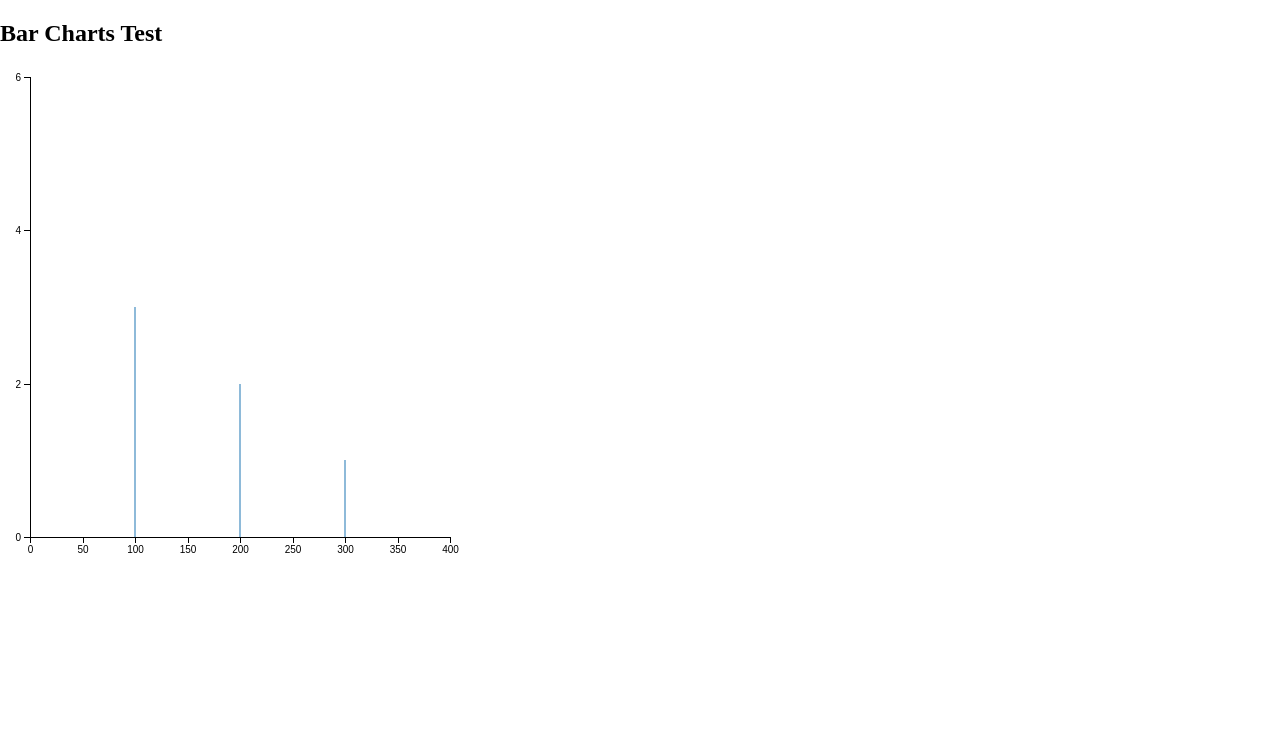
Repository: fLavery/DC.js-Test
Page: index.html
The author's editor kept a record of every edit. The page is drawn from the files as they stood at one moment, then again after the next edit.
The browser window is 1280 px wide. The pictures show the whole page.

Above is the page before.

### index.html
<!DOCTYPE html>
<html lang="en">

<head>
    <meta charset="UTF-8">
    <meta name="viewport" content="width=device-width, initial-scale=1.0">
    <meta http-equiv="X-UA-Compatible" content="ie=edge">
    <title>Bar Chart</title>
    <link rel="stylesheet" href="dc.css" type="text/css" />

    <style>
        body,
        html {
            height: 100%;
            margin: 0;
            padding: 0;
        }

        div {
            -webkit-box-sizing: border-box;
            -moz-box-sizing: border-box;
            box-sizing: border-box;
        }
    </style>
</head>

<body>
    <h2>Bar Charts Test</h2>
    <div id="chart">


    </div>
    <script type="text/javascript" src="d3.js"></script>
    <script type="text/javascript" src="crossfilter.js"></script>
    <script type="text/javascript" src="dc.js"></script>

    <script type="text/javascript">

    //Allows user frindly output of Objects in Console
function print_filter(filter) {
    var f=eval(filter);
    if (typeof(f.length) != "undefined") {}else{}
    if (typeof(f.top) != "undefined") {f=f.top(Infinity);}else{}
    if (typeof(f.dimension) != "undefined") {f=f.dimension(function(d) { return "";}).top(Infinity);}else{}
    console.log(filter+"("+f.length+") = "+JSON.stringify(f).replace("[","[\n\t").replace(/}\,/g,"},\n\t").replace("]","\n]"));
}

   var data = [
  {date: "2011-11-14T16:17:54Z", quantity: 2, total: 190, tip: 100, type: "tab"},
  {date: "2011-11-14T16:20:19Z", quantity: 2, total: 190, tip: 100, type: "tab"},
  {date: "2011-11-14T16:28:54Z", quantity: 1, total: 300, tip: 200, type: "visa"},
  {date: "2011-11-14T16:30:43Z", quantity: 2, total: 90, tip: 0, type: "tab"},
  {date: "2011-11-14T16:48:46Z", quantity: 2, total: 90, tip: 0, type: "tab"},
  {date: "2011-11-14T16:53:41Z", quantity: 2, total: 90, tip: 0, type: "tab"},
  {date: "2011-11-14T16:54:06Z", quantity: 1, total: 100, tip: 0, type: "cash"},
  {date: "2011-11-14T16:58:03Z", quantity: 2, total: 90, tip: 0, type: "tab"},
  {date: "2011-11-14T17:07:21Z", quantity: 2, total: 90, tip: 0, type: "tab"},
  {date: "2011-11-14T17:22:59Z", quantity: 2, total: 90, tip: 0, type: "tab"},
  {date: "2011-11-14T17:25:45Z", quantity: 2, total: 200, tip: 0, type: "cash"},
  {date: "2011-11-14T17:29:52Z", quantity: 1, total: 200, tip: 100, type: "visa"}
]

var facts = crossfilter(data); //filter the data
var typeDimension = facts.dimension(function(d){console.log(d.type); return d.type;});
//access facts with CF dimension and then function which returns objects
var typeGroup = typeDimension.group().reduceSum(function (d){ return d.total;});//reduceSum allows access to all data points

//plot totals instead of types with new dimension (x axis)
var totalDimension = facts.dimension(function(d){return d.total;});
var totalGroup = totalDimension.group(function (d){return Math.floor(d/100)*100;});//function buckets the data (y axis)


dc.barChart("#chart")
    .height(500)
    .width(500)
    //.margins({top:0,bottom:0,right:0,left:0})
    .dimension(totalDimension)
    .group(totalGroup)

    .x(d3.scaleLinear().domain([0,400]))//scaling for non strings
    //.x(d3.scaleOrdinal().domain(['cash','tab','visa'])) //scaling for strings with ordinal
    //.xUnits(dc.units.ordinal) // tell dc its an ordinal scale
    .centerBar(true)//centers bars for linear
    .barPadding(0.5)//inner bar gaps
    .outerPadding(10)//outer padding on bars
    .yAxis().ticks(4);//number of integer marked along the left


    dc.renderAll();//render Chart

    //console.log(data);
   // console.log(facts);
    print_filter("totalGroup");



    </script>
</body>

</html>

### dc.css
.dc-chart path.dc-symbol, .dc-legend g.dc-legend-item.fadeout {
  fill-opacity: 0.5;
  stroke-opacity: 0.5; }

div.dc-chart {
  float: left; }

.dc-chart rect.bar {
  stroke: none;
  cursor: pointer; }
  .dc-chart rect.bar:hover {
    fill-opacity: .5; }

.dc-chart rect.deselected {
  stroke: none;
  fill: #ccc; }

.dc-chart .pie-slice {
  fill: #fff;
  font-size: 12px;
  cursor: pointer; }
  .dc-chart .pie-slice.external {
    fill: #000; }
  .dc-chart .pie-slice :hover, .dc-chart .pie-slice.highlight {
    fill-opacity: .8; }

.dc-chart .pie-path {
  fill: none;
  stroke-width: 2px;
  stroke: #000;
  opacity: 0.4; }

.dc-chart .selected path, .dc-chart .selected circle {
  stroke-width: 3;
  stroke: #ccc;
  fill-opacity: 1; }

.dc-chart .deselected path, .dc-chart .deselected circle {
  stroke: none;
  fill-opacity: .5;
  fill: #ccc; }

.dc-chart .axis path, .dc-chart .axis line {
  fill: none;
  stroke: #000;
  shape-rendering: crispEdges; }

.dc-chart .axis text {
  font: 10px sans-serif; }

.dc-chart .grid-line, .dc-chart .axis .grid-line, .dc-chart .grid-line line, .dc-chart .axis .grid-line line {
  fill: none;
  stroke: #ccc;
  shape-rendering: crispEdges; }

.dc-chart .brush rect.selection {
  fill: #4682b4;
  fill-opacity: .125; }

.dc-chart .brush .custom-brush-handle {
  fill: #eee;
  stroke: #666;
  cursor: ew-resize; }

.dc-chart path.line {
  fill: none;
  stroke-width: 1.5px; }

.dc-chart path.area {
  fill-opacity: .3;
  stroke: none; }

.dc-chart path.highlight {
  stroke-width: 3;
  fill-opacity: 1;
  stroke-opacity: 1; }

.dc-chart g.state {
  cursor: pointer; }
  .dc-chart g.state :hover {
    fill-opacity: .8; }
  .dc-chart g.state path {
    stroke: #fff; }

.dc-chart g.deselected path {
  fill: #808080; }

.dc-chart g.deselected text {
  display: none; }

.dc-chart g.row rect {
  fill-opacity: 0.8;
  cursor: pointer; }
  .dc-chart g.row rect:hover {
    fill-opacity: 0.6; }

.dc-chart g.row text {
  fill: #fff;
  font-size: 12px;
  cursor: pointer; }

.dc-chart g.dc-tooltip path {
  fill: none;
  stroke: #808080;
  stroke-opacity: .8; }

.dc-chart g.county path {
  stroke: #fff;
  fill: none; }

.dc-chart g.debug rect {
  fill: #00f;
  fill-opacity: .2; }

.dc-chart g.axis text {
  -webkit-touch-callout: none;
  -webkit-user-select: none;
  -khtml-user-select: none;
  -moz-user-select: none;
  -ms-user-select: none;
  user-select: none;
  pointer-events: none; }

.dc-chart .node {
  font-size: 0.7em;
  cursor: pointer; }
  .dc-chart .node :hover {
    fill-opacity: .8; }

.dc-chart .bubble {
  stroke: none;
  fill-opacity: 0.6; }

.dc-chart .highlight {
  fill-opacity: 1;
  stroke-opacity: 1; }

.dc-chart .fadeout {
  fill-opacity: 0.2;
  stroke-opacity: 0.2; }

.dc-chart .box text {
  font: 10px sans-serif;
  -webkit-touch-callout: none;
  -webkit-user-select: none;
  -khtml-user-select: none;
  -moz-user-select: none;
  -ms-user-select: none;
  user-select: none;
  pointer-events: none; }

.dc-chart .box line {
  fill: #fff; }

.dc-chart .box rect, .dc-chart .box line, .dc-chart .box circle {
  stroke: #000;
  stroke-width: 1.5px; }

.dc-chart .box .center {
  stroke-dasharray: 3, 3; }

.dc-chart .box .data {
  stroke: none;
  stroke-width: 0px; }

.dc-chart .box .outlier {
  fill: none;
  stroke: #ccc; }

.dc-chart .box .outlierBold {
  fill: red;
  stroke: none; }

.dc-chart .box.deselected {
  opacity: 0.5; }
  .dc-chart .box.deselected .box {
    fill: #ccc; }

.dc-chart .symbol {
  stroke: none; }

.dc-chart .heatmap .box-group.deselected rect {
  stroke: none;
  fill-opacity: 0.5;
  fill: #ccc; }

.dc-chart .heatmap g.axis text {
  pointer-events: all;
  cursor: pointer; }

.dc-chart .empty-chart .pie-slice {
  cursor: default; }
  .dc-chart .empty-chart .pie-slice path {
    fill: #fee;
    cursor: default; }

.dc-data-count {
  float: right;
  margin-top: 15px;
  margin-right: 15px; }
  .dc-data-count .filter-count, .dc-data-count .total-count {
    color: #3182bd;
    font-weight: bold; }

.dc-legend {
  font-size: 11px; }
  .dc-legend .dc-legend-item {
    cursor: pointer; }

.dc-hard .number-display {
  float: none; }

div.dc-html-legend {
  overflow-y: auto;
  overflow-x: hidden;
  height: inherit;
  float: right;
  padding-right: 2px; }
  div.dc-html-legend .dc-legend-item-horizontal {
    display: inline-block;
    margin-left: 5px;
    margin-right: 5px;
    cursor: pointer; }
    div.dc-html-legend .dc-legend-item-horizontal.selected {
      background-color: #3182bd;
      color: white; }
  div.dc-html-legend .dc-legend-item-vertical {
    display: block;
    margin-top: 5px;
    padding-top: 1px;
    padding-bottom: 1px;
    cursor: pointer; }
    div.dc-html-legend .dc-legend-item-vertical.selected {
      background-color: #3182bd;
      color: white; }
  div.dc-html-legend .dc-legend-item-color {
    display: table-cell;
    width: 12px;
    height: 12px; }
  div.dc-html-legend .dc-legend-item-label {
    line-height: 12px;
    display: table-cell;
    vertical-align: middle;
    padding-left: 3px;
    padding-right: 3px;
    font-size: 0.75em; }

.dc-html-legend-container {
  height: inherit; }

Loaded but not shown: d3.js (library); dc.js (library); crossfilter.js (3167 lines, source omitted)

After the next edit:
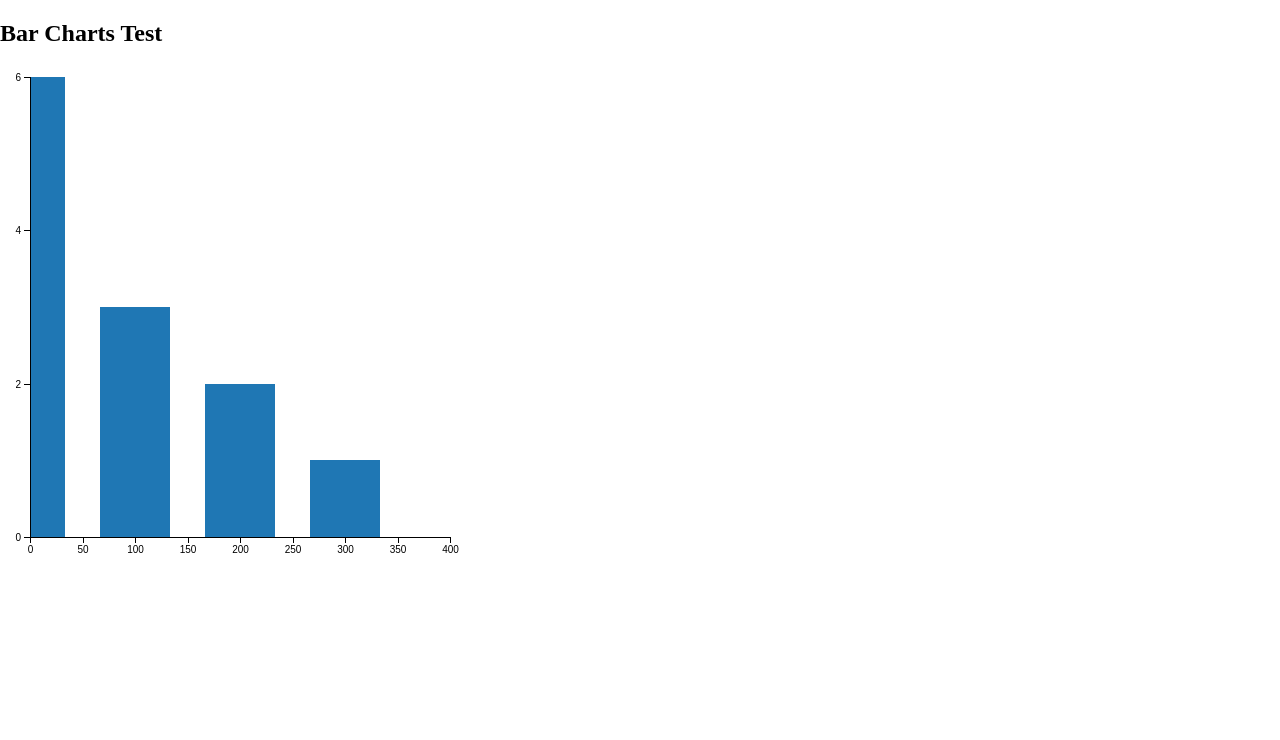
The edit:
--- a/index.html
+++ b/index.html
@@ -81,6 +81,7 @@
     //.x(d3.scaleOrdinal().domain(['cash','tab','visa'])) //scaling for strings with ordinal
     //.xUnits(dc.units.ordinal) // tell dc its an ordinal scale
     .centerBar(true)//centers bars for linear
+    .xUnits(dc.units.fp.precision(100))//fattens up bars for linear scale
     .barPadding(0.5)//inner bar gaps
     .outerPadding(10)//outer padding on bars
     .yAxis().ticks(4);//number of integer marked along the left
